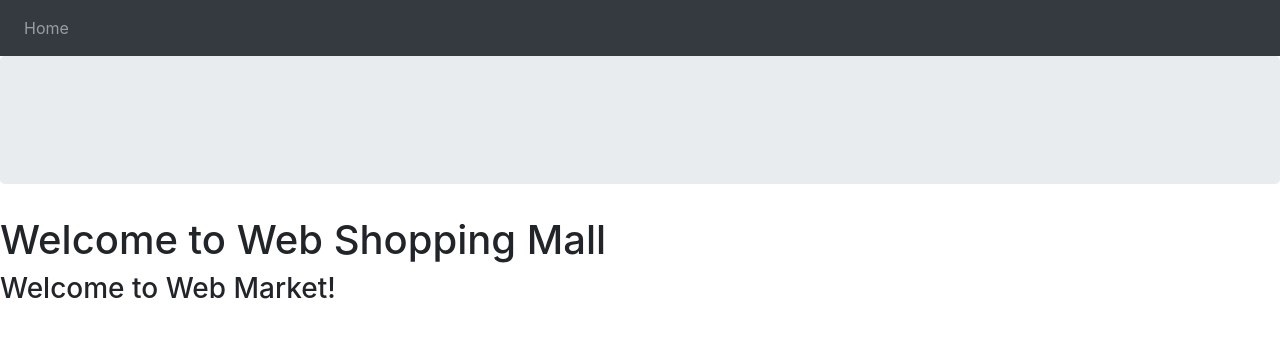
Repository: MegiLove/jspStudy
Page: http://localhost/day1210/welcome.jsp
The author's editor kept a copy of each file at every save. The page is drawn from the files as they stood at one save, then again after the next save.
The browser window is 1280 px wide. The pictures show the whole page.
The page is served by Tomcat 9. Other server files are loaded and not shown.

Above is the page before, as saved 2021-12-10 07:41:29.

### day1210/src/main/webapp/welcome.jsp
<%@ page language="java" contentType="text/html; charset=EUC-KR"
    pageEncoding="EUC-KR"%>
<!DOCTYPE html>
<html>
<head>
<meta charset="EUC-KR">
<title>Insert title here</title>
<meta name="viewport" content="width=device-width, initial-scale=1">
  <link rel="stylesheet" href="https://maxcdn.bootstrapcdn.com/bootstrap/4.5.2/css/bootstrap.min.css">
  <script src="https://ajax.googleapis.com/ajax/libs/jquery/3.5.1/jquery.min.js"></script>
  <script src="https://cdnjs.cloudflare.com/ajax/libs/popper.js/1.16.0/umd/popper.min.js"></script>
  <script src="https://maxcdn.bootstrapcdn.com/bootstrap/4.5.2/js/bootstrap.min.js"></script>
</head>
<body>
<nav class="navbar navbar-expand-sm bg-dark navbar-dark">
	<ul class="navbar-nav">
		<li class="nav-item">
		<a class="nav-link" href="./welcome.jsp">Home</a>
		</li>
	</ul>
</nav>
<%!
	String greeting="Welcome to Web Shopping Mall";
	String tagline="Welcome to Web Market!";
%>

<div class="jumbotron"></div>
<h1><%=greeting %></h1>
<h3><%=tagline %></h3>
</body>
</html>

After the next save:
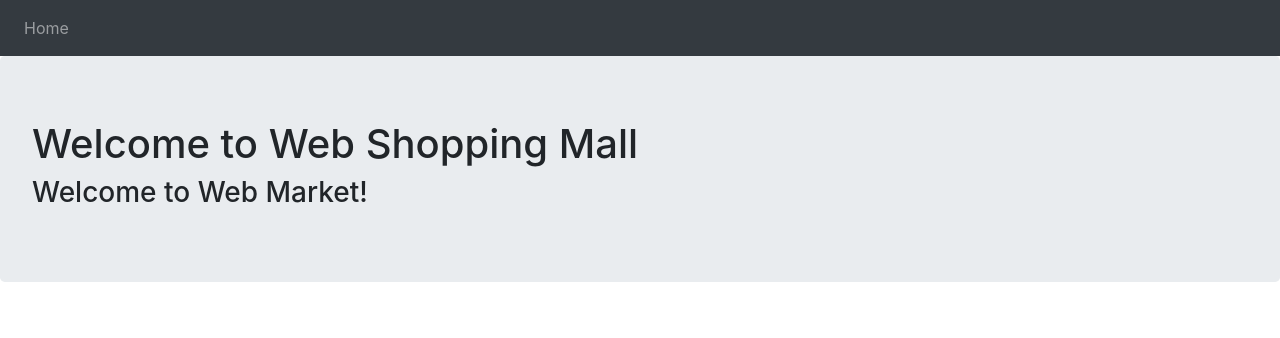
Saved 6 s later.
--- a/day1210/src/main/webapp/welcome.jsp
+++ b/day1210/src/main/webapp/welcome.jsp
@@ -24,8 +24,9 @@
 	String tagline="Welcome to Web Market!";
 %>
 
-<div class="jumbotron"></div>
+<div class="jumbotron">
 <h1><%=greeting %></h1>
 <h3><%=tagline %></h3>
+</div>
 </body>
 </html>
